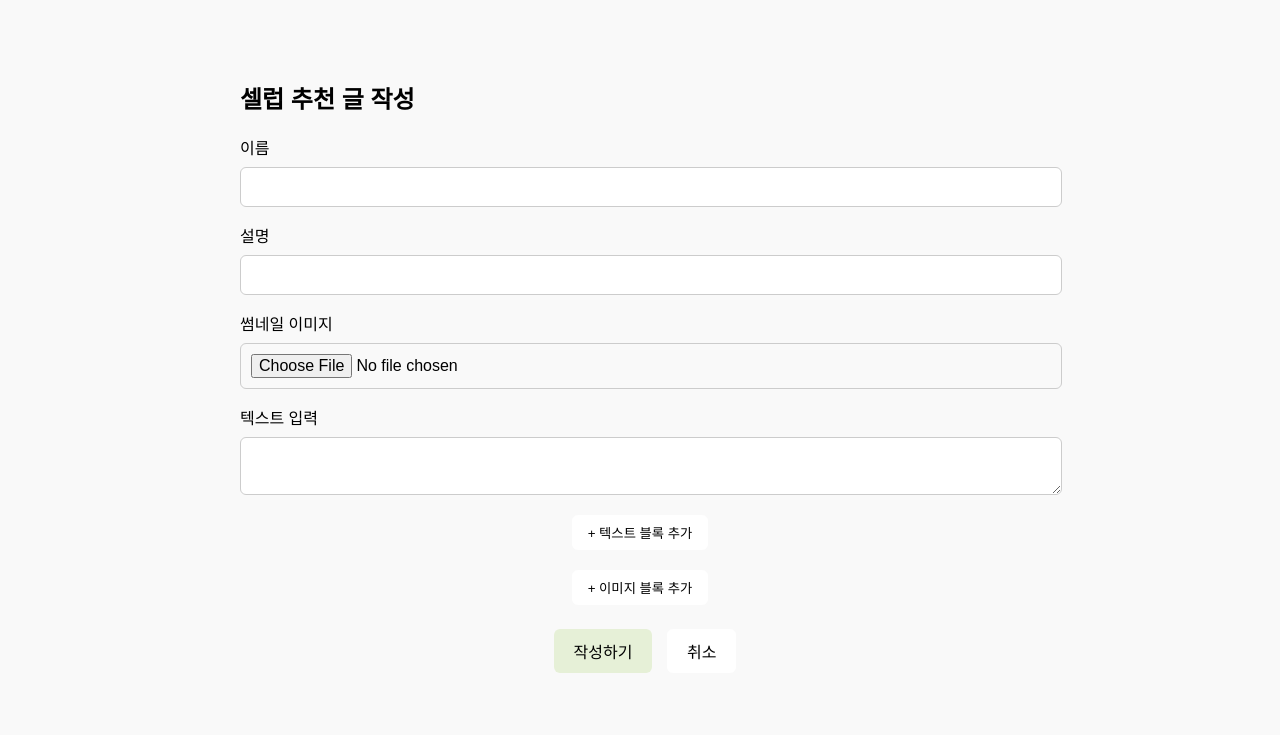
Repository: book-recommendation-team/book_recommendation_web_project
Page: http://localhost/2025_teamproject/celebForm.jsp
The author's editor kept a copy of each file at every save. The page is drawn from the files as they stood at one save, then again after the next save.
The browser window is 1280 px wide. The pictures show the whole page.
The page is served by Tomcat 9.

Above is the page before, as saved 2025-07-01 08:36:25.

After the next save:
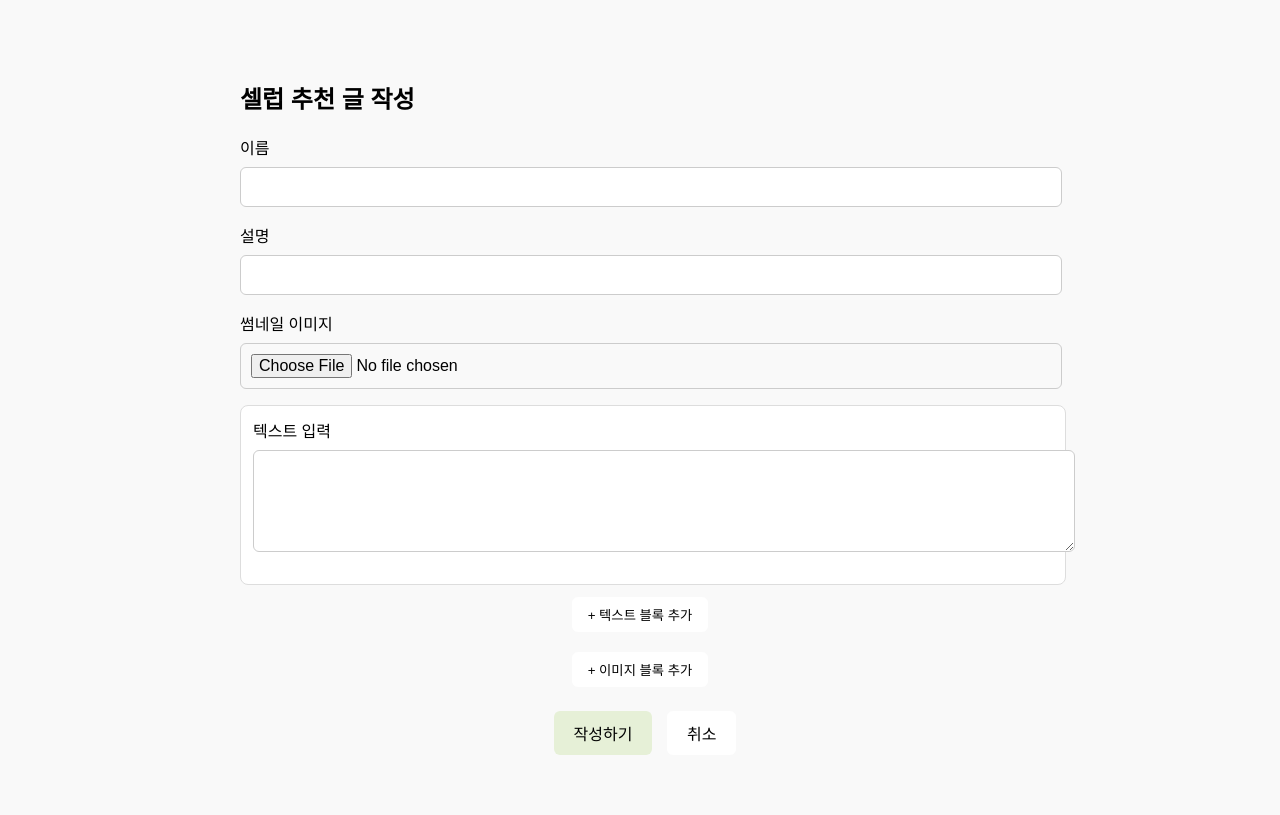
Saved 25 s later.
--- a/2025_teamproject/src/main/webapp/celebForm.jsp
+++ b/2025_teamproject/src/main/webapp/celebForm.jsp
@@ -36,7 +36,6 @@ width: 100%;
 }
 
 .editor-block textarea {
-	margin: 10px;
 	resize: vertical;
 	min-height: 80px;
 }
@@ -91,8 +90,12 @@ width: 100%;
 		<input type="text" name="desc" required> <label>썸네일
 			이미지</label> <input type="file" name="thumbnail" accept="image/*">
 
+		<div id="editor-area">
+			<div class="editor-block">
 				<label>텍스트 입력</label>
 				<textarea name="contentBlock1_text"></textarea>
+			</div>
+		</div>
 
 		<div style="text-align: center; margin-bottom: 20px;">
 			<button type="button" class="add-block-btn"
